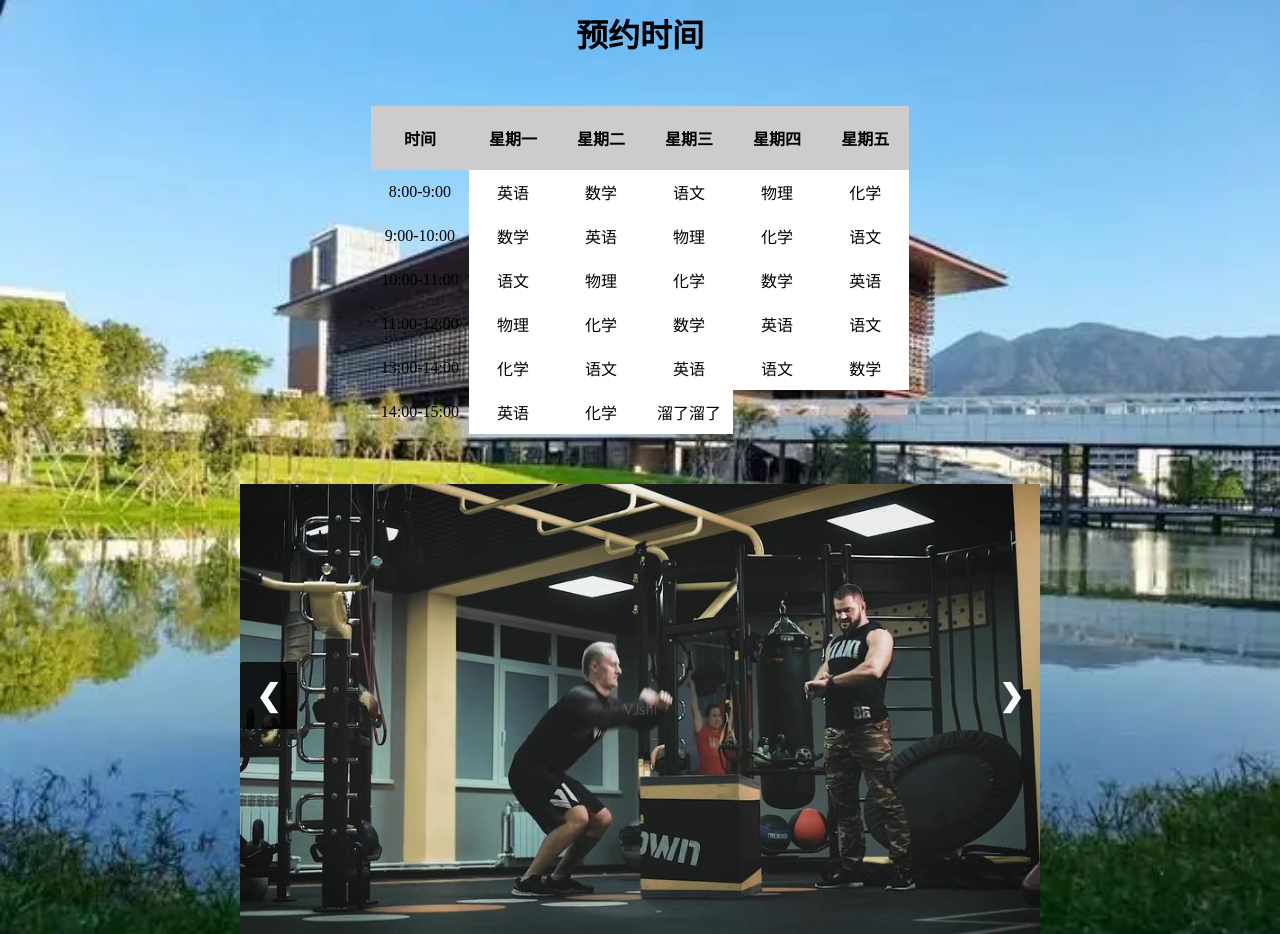
Repository: wupeng6666/Sports-Hall-Booking-System
Page: LearingDjango/app01/templates/yuyue.html
These files come from the project's save history. The page is drawn as it stood at one moment and after the next save; the edit follows.
The browser window is 1280 px wide. The pictures show the whole page.
The pointer rests on the first visible `.prev`.
Backgrounds fixed to the window are drawn as part of the page. The template is drawn by Django 4.2. The application's start-up code is not run. The template is opened directly, without the code that normally fills it, so the values that code supplies are empty.

Above is the page before, as saved 2023-06-07 14:08:20.

After the next save:
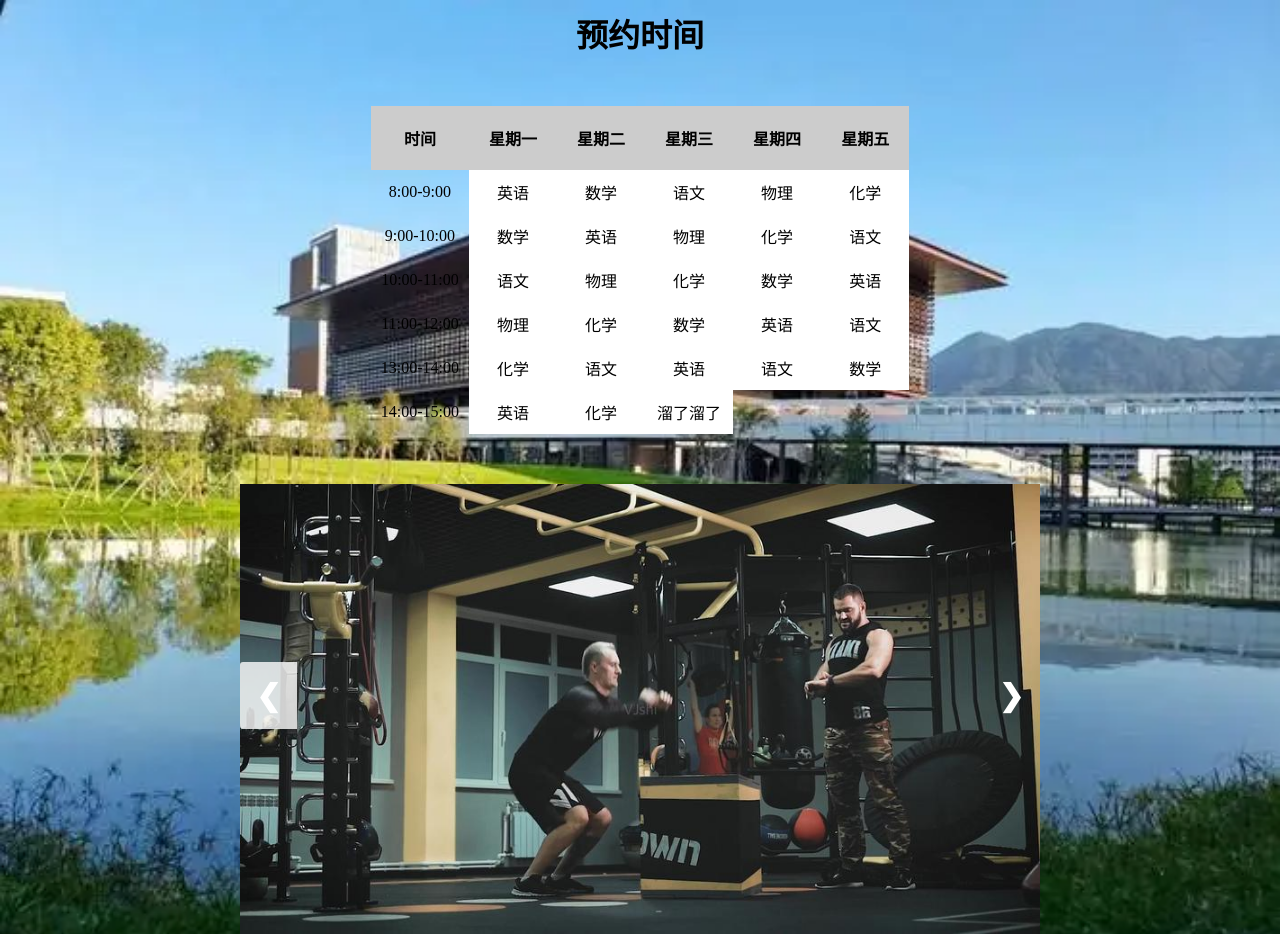
Saved 23 s later.
--- a/LearingDjango/app01/templates/yuyue.html
+++ b/LearingDjango/app01/templates/yuyue.html
@@ -90,7 +90,7 @@
 
     .prev:hover,
     .next:hover {
-        background-color: rgba(0, 0, 0, 0.8);
+        background-color: rgba(253, 253, 253, 0.8);
     }
 
     .fade {
